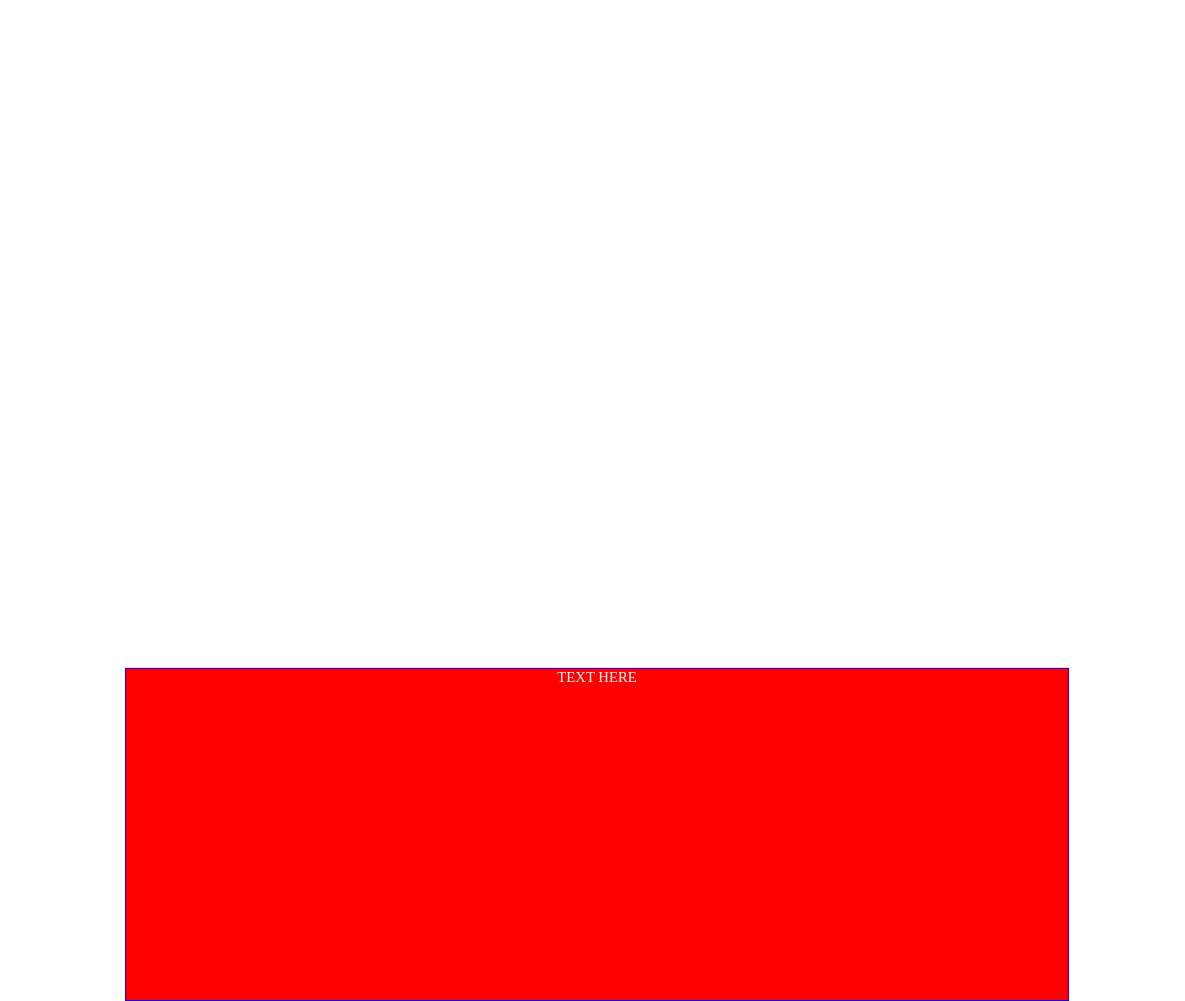
Repository: piyushiso/piyushiso.github.io
Page: random/daynight/index.html
These files come from the project's save history. The page is drawn as it stood at one moment and after the next save; the edit follows.
The browser window is 1280 px wide. The page is 1288 px wide, so the pictures cover 1288 px, including what lies to the right of the window. The pictures show the whole page, at 92% of full size.

Above is the page before, as saved 2022-05-23 16:06:56.

After the next save:
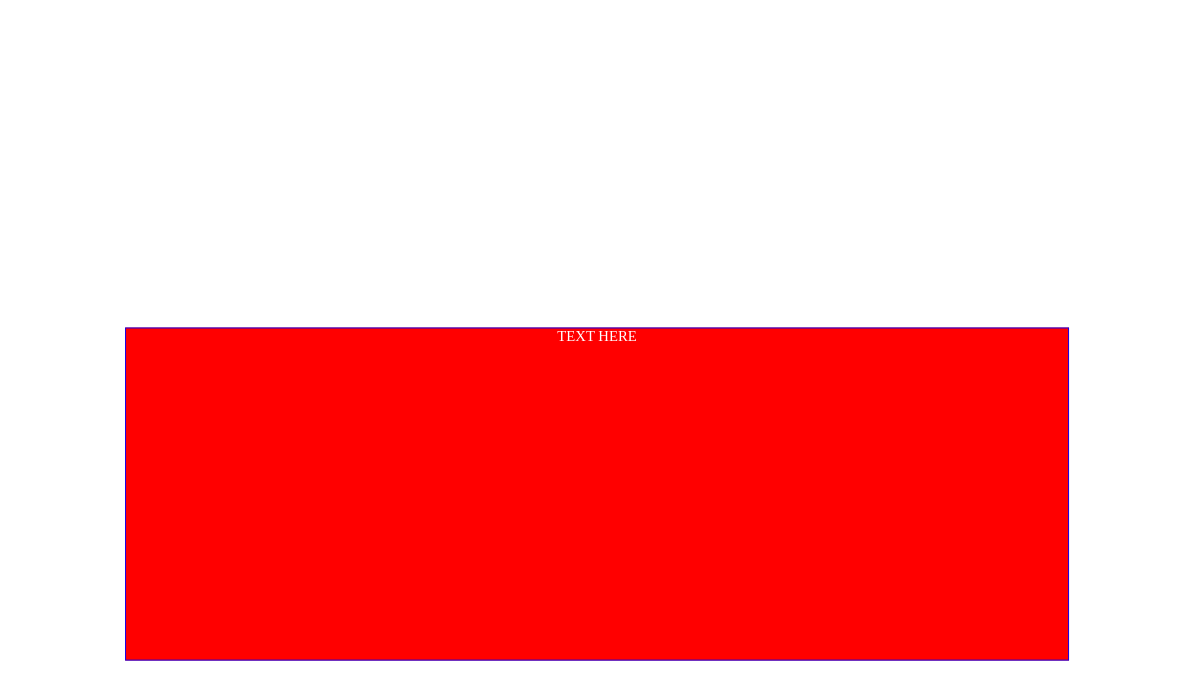
Saved 4 s later.
--- a/random/daynight/styles/style.css
+++ b/random/daynight/styles/style.css
@@ -14,7 +14,7 @@
     border: solid thin blue;
     position: absolute;
     left: 10%;
-    bottom: -50%;
+    bottom: 10px;
     text-align: center;
     color: white;
 }
